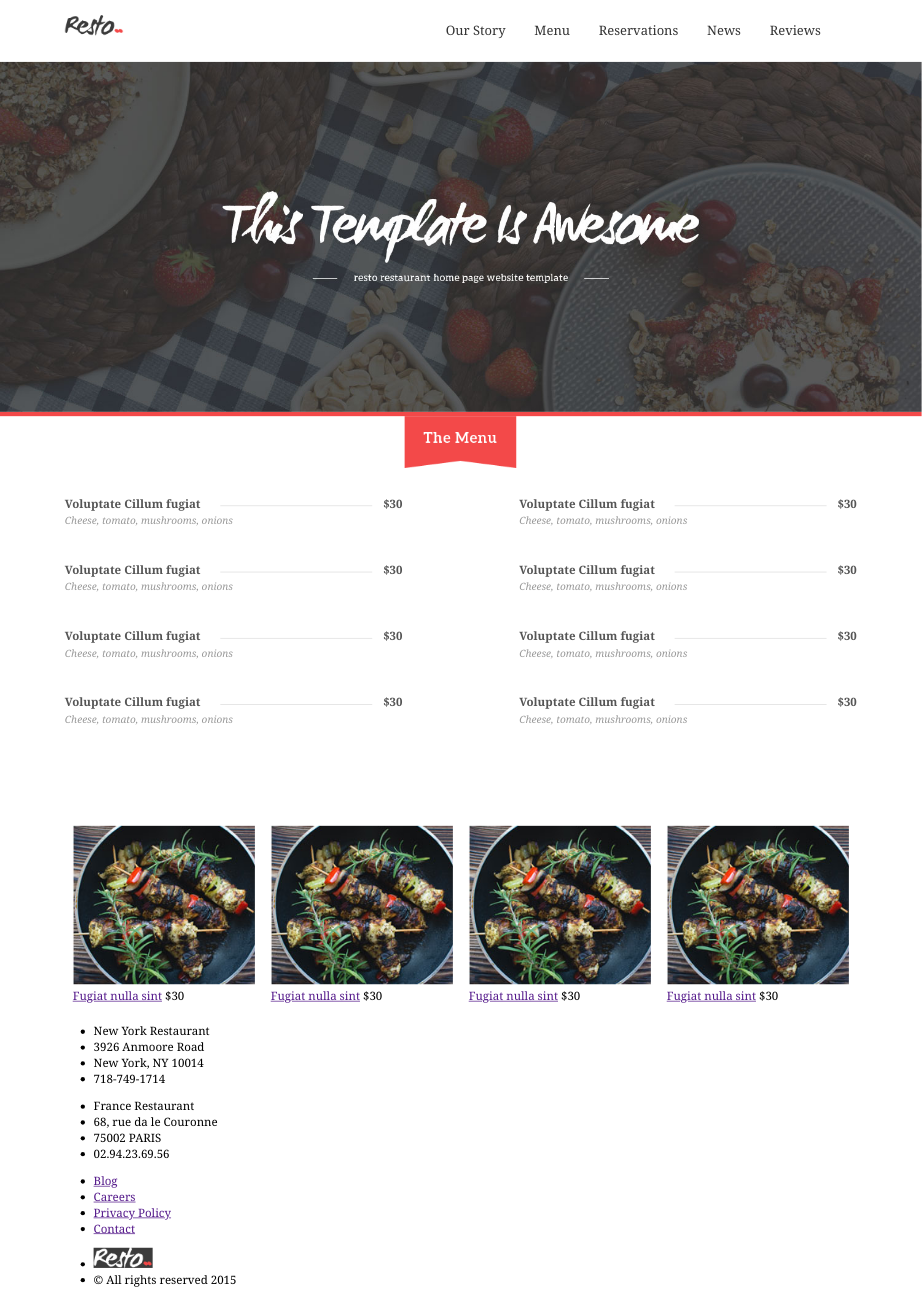
Repository: Piterwk1/psd-to-wordpress
Page: index.html
The author's editor kept a copy of each file at every save. The page is drawn from the files as they stood at one save, then again after the next save.
The browser window is 1280 px wide. The pictures show the whole page, at 72% of full size.

Above is the page before, as saved 2021-09-23 03:51:04.

### index.html
<html lang="en">

<head>
    <meta charset="UTF-8">
    <meta http-equiv="X-UA-Compatible" content="IE=edge">
    <meta name="viewport" content="width=device-width, initial-scale=1.0">
    <title>Resto</title>
    <link rel="stylesheet" href="style.css">
</head>

<body>

    <header>
        <div class="wrapper" id="headerWrapper">
            <h1 class="logo">Rest</h1>
            <nav>
                <h2>Main Navigation</h2>
                <ul>
                    <li><a href="">Our Story</a></li>
                    <li><a href="">Menu</a></li>
                    <li><a href="">Reservations</a></li>
                    <li><a href="">News</a></li>
                    <li><a href="">Reviews</a></li>
                </ul>
            </nav>
        </div>
    </header>

    <!-- start homepage content -->

    <div id="main-banner">
        <img src="images/banner.jpg" alt="Welcome to Resto">
    </div>

    <div class="wrapper">
        <section id="home-menu">
            <h2>Menu</h2>
            <ul>
                <li>
                    <span class="dish">Voluptate Cillum fugiat</span>
                    <span class="price">$30</span>
                    <span class="description">Cheese, tomato, mushrooms, onions</span>
                </li>
                <li>
                    <span class="dish">Voluptate Cillum fugiat</span>
                    <span class="price">$30</span>
                    <span class="description">Cheese, tomato, mushrooms, onions</span>
                </li>
                <li>
                    <span class="dish">Voluptate Cillum fugiat</span>
                    <span class="price">$30</span>
                    <span class="description">Cheese, tomato, mushrooms, onions</span>
                </li>
                <li>
                    <span class="dish">Voluptate Cillum fugiat</span>
                    <span class="price">$30</span>
                    <span class="description">Cheese, tomato, mushrooms, onions</span>
                </li>
                <li>
                    <span class="dish">Voluptate Cillum fugiat</span>
                    <span class="price">$30</span>
                    <span class="description">Cheese, tomato, mushrooms, onions</span>
                </li>
                <li>
                    <span class="dish">Voluptate Cillum fugiat</span>
                    <span class="price">$30</span>
                    <span class="description">Cheese, tomato, mushrooms, onions</span>
                </li>
                <li>
                    <span class="dish">Voluptate Cillum fugiat</span>
                    <span class="price">$30</span>
                    <span class="description">Cheese, tomato, mushrooms, onions</span>
                </li>
                <li>
                    <span class="dish">Voluptate Cillum fugiat</span>
                    <span class="price">$30</span>
                    <span class="description">Cheese, tomato, mushrooms, onions</span>
                </li>
            </ul>
        </section>

        <section id="featured">
            <ul>
                <li>
                    <img src="images/thumb-1.jpg">
                    <a href="">Fugiat nulla sint</a>
                    <span>$30</span>
                    <span class="rating"></span>
                </li>
                <li>
                    <img src="images/thumb-1.jpg">
                    <a href="">Fugiat nulla sint</a>
                    <span>$30</span>
                    <span class="rating"></span>
                </li>
                <li>
                    <img src="images/thumb-1.jpg">
                    <a href="">Fugiat nulla sint</a>
                    <span>$30</span>
                    <span class="rating"></span>
                </li>
                <li>
                    <img src="images/thumb-1.jpg">
                    <a href="">Fugiat nulla sint</a>
                    <span>$30</span>
                    <span class="rating"></span>
                </li>
            </ul>
        </section>
    </div>

    <!-- end homepage content -->

    <footer>
        <div class="wrapper">
            <ul>
                <li>New York Restaurant</li>
                <li>3926 Anmoore Road</li>
                <li>New York, NY 10014</li>
                <li>718-749-1714</li>
            </ul>
            <ul>
                <li>France Restaurant</li>
                <li>68, rue da le Couronne</li>
                <li>75002 PARIS</li>
                <li>02.94.23.69.56</li>
            </ul>
            <ul>
                <li><a href="">Blog</a></li>
                <li><a href="">Careers</a></li>
                <li><a href="">Privacy Policy</a></li>
                <li><a href="">Contact</a></li>
            </ul>
            <ul>
                <li><img src="images/white-logo.png" alt="logo"></li>
                <li>&copy; All rights reserved 2015</li>

            </ul>
        </div>
    </footer>
</body>

</html>

### style.css
body {
    font-family: Georgia, 'Times New Roman', Times, serif;
    margin: 0;
}

.wrapper {
    width: 100%;
    /* max-width: 960px; */
    max-width: 1100px;
    padding: 0 10px;
    margin:  0 auto;
}

h1.logo {
    background-image: url(images/logo.png);
    background-repeat: no-repeat;
    width: 100px;
    text-indent: -10000px;
}

#headerWrapper {
    display: flex;
    justify-content: space-between;
    width: 100%;
}

nav {

  margin-right: 10px;

}

#headerWrapper nav h2 {
    text-indent: -100000px;
    height: 0;
    margin: 0;
}

#headerWrapper nav ul {
   display: flex;
   justify-content: space-evenly;
   list-style-type:  none;
   margin: 10px 20px;
}
#headerWrapper nav li {

   margin: 20px 20px;
}
#headerWrapper nav li a{
   text-decoration: none;
   color: #333;
   font-size: 18px;
}
#headerWrapper nav li a:hover{
   color: blue;
}

#main-banner, #main-banner img{
    width: 100%;
}

#main-banner img {
    border-bottom: 6px solid #f34949;
}

#home-menu h2 {
    background-image: url(images/menu-head.png);
    background-repeat: no-repeat;
    width: 156px;
    height: 74px;
    text-indent: -10000px;
    margin: 0 auto;
}

#home-menu ul {
    display: flex;
    flex-wrap: wrap;
    justify-content: space-between;
   padding: 0;
   list-style: none;
}
#home-menu li {
    display: flex;
    flex-wrap: wrap;
   margin: 20px 0 20px 0;
   justify-content: space-between;
}

.dish{
    position: relative;
    z-index: 1;
    background: #fff;
    padding-right: 5px;
    width: 45%;
    color: #555;
    font-weight: bold;
}

.price {
    position: relative;
    z-index: 1;
    background: #fff;
    padding-left: 15px;
    color: #555;
    font-weight: bold;
}

.description {
    width: 100%;
    color: #999;
    font-style: italic;
    font-size: 14px;
    padding-top: 10px;
    border-top: 1px solid #ddd;
    position: relative;
    top: -8px;
}

#featured {
    margin-top: 100px;
}
#featured ul {
    display: flex;
    justify-content: space-evenly;
    padding: 0;
}

#featured li {
    /* display: flex; */
    list-style: none;
    margin: 1%;
}

#featured li img{
    width: 100%;
}

After the next save:
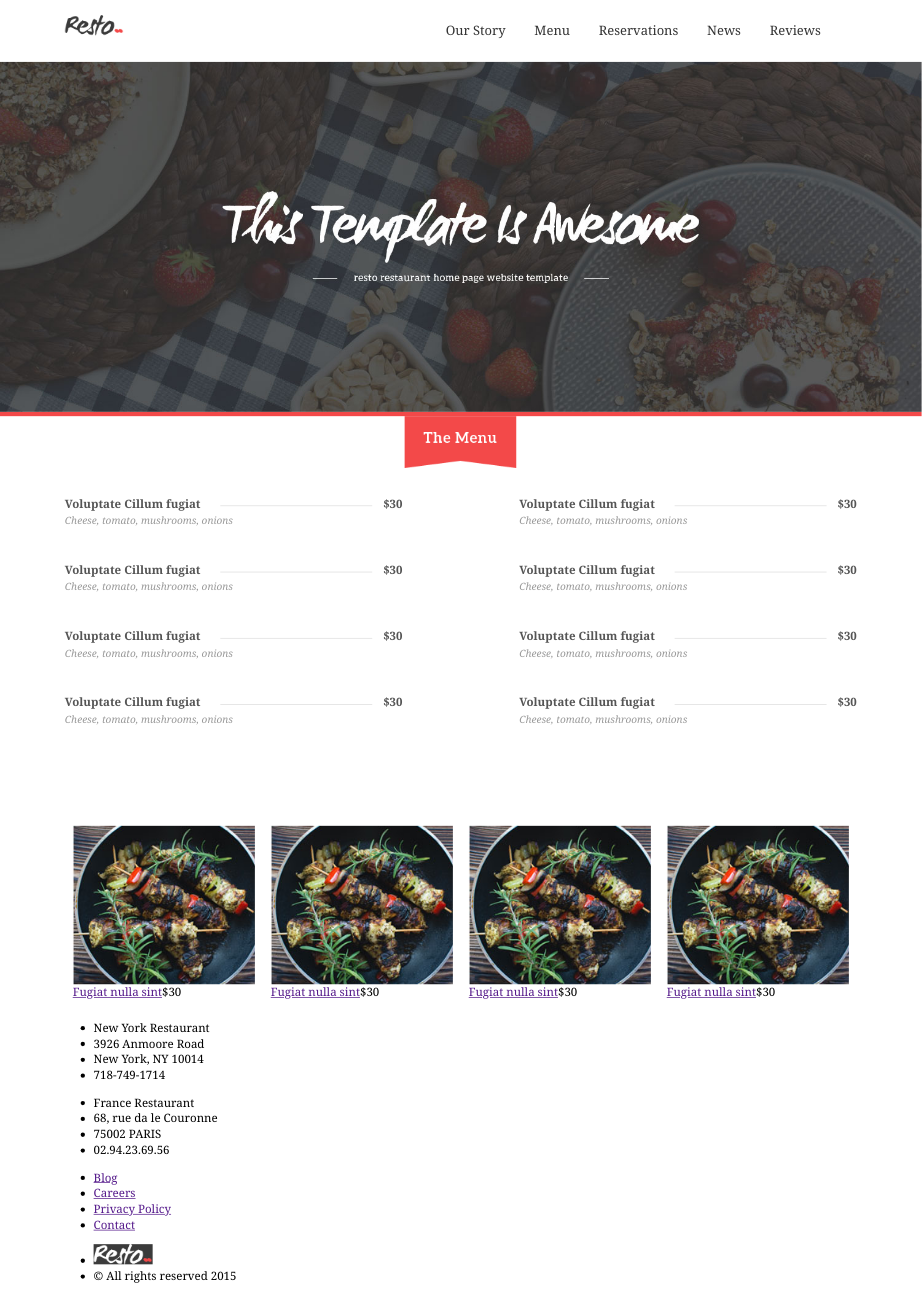
Saved 2 min 37 s later.
--- a/style.css
+++ b/style.css
@@ -126,7 +126,8 @@ nav {
 }
 
 #featured li {
-    /* display: flex; */
+    display: flex;
+    flex-wrap: wrap;
     list-style: none;
     margin: 1%;
 }
